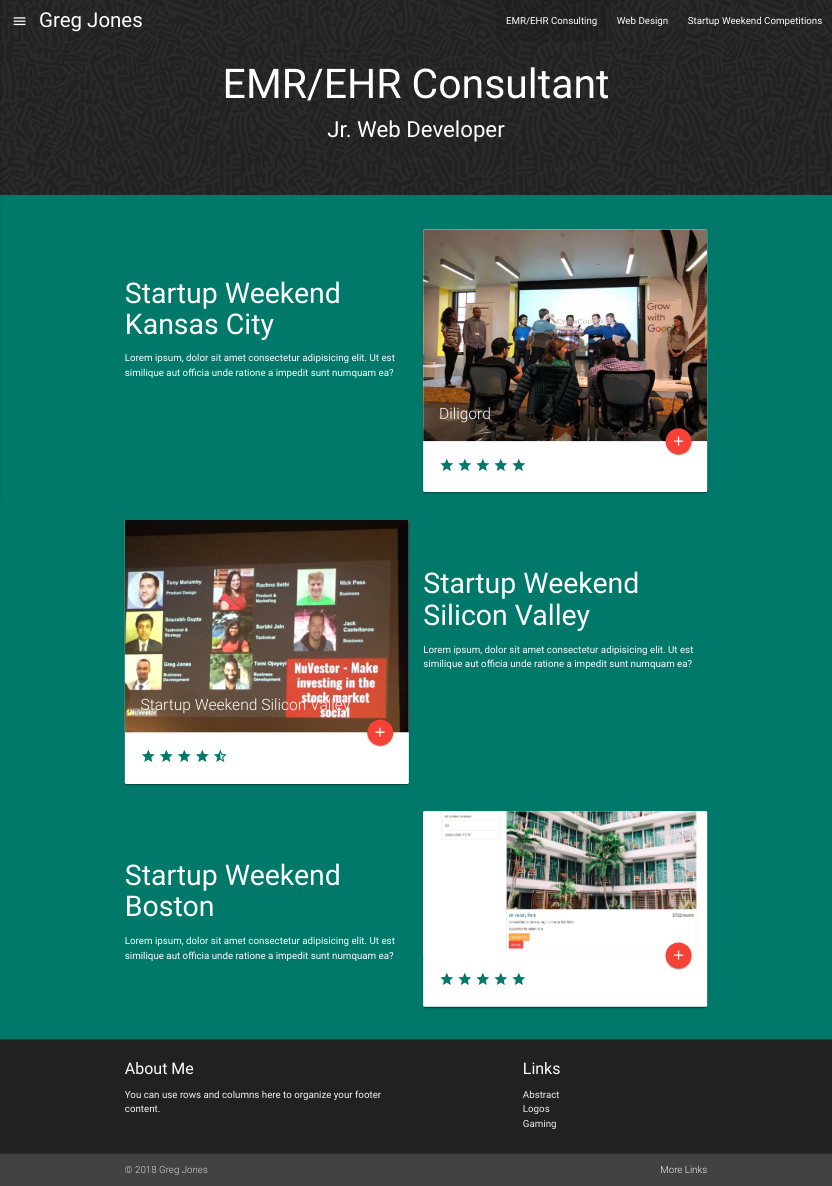
Repository: Greg919617/Existing-Portfolio
Page: sw.html
These files come from the project's save history. The page is drawn as it stood at one moment and after the next save; the edit follows.
The browser window is 1280 px wide. The pictures show the whole page, at 65% of full size.
Some web libraries are served in a nearby version.

Above is the page before, as saved 2018-06-26 17:45:48.

### sw.html
<!DOCTYPE html>
<html>

<head>
  <!--Import Google Icon Font-->
  <link href="https://fonts.googleapis.com/icon?family=Material+Icons" rel="stylesheet">
  <!--Import materialize.css-->
  <link type="text/css" rel="stylesheet" href="css/materialize.min.css" media="screen,projection" />
  <link type="text/css" rel="stylesheet" href="css/main.css" />

  <!--Let browser know website is optimized for mobile-->
  <meta name="viewport" content="width=device-width, initial-scale=1.0" />
  <title>Galappear</title>
</head>

<body>
  <!-- Header -->
  <header class="main-header">
    <nav class="transparent nav-wrapper z-depth-0">
      <div class="nav-wrapper">
        <a href="#" data-activates="mobile-nav" class="button-collapse show-on-large">
          <i class="material-icons">menu</i>
        </a>
        <a href="index.html" class="brand-logo">Greg Jones</a>
        <ul class="right hide-on-med-and-down">
          <li class="active">
            <a href="index.html">EMR/EHR Consulting</a>
          </li>
          <li>
            <a href="web-design.html">Web Design</a>
          </li>
          <li>
            <a href="sw.html">Startup Weekend Competitions</a>
          </li>
        </ul>
      </div>
      <ul class="side-nav" id="mobile-nav">
        <li>
          <a href="index.html">EMR/EHR Consulting</a>
        </li>
        <li>
          <a href="web-design.html">Web Design</a>
        </li>
        <li>
          <a href="sw.html">Startup Weekend Competitions</a>
        </li>
      </ul>
    </nav>
    <h1 class="center">EMR/EHR Consultant</h1>
    <h4 class="center">Jr. Web Developer</h4>
  </header>

  <!-- Section: Main -->
  <section class="section section-main">
    <div class="container">
      <!-- Row 1 -->
      <div class="row row-1">
        <div class="col m6 hide-on-small-only">
          <div class="img-content">
            <h3>Startup Weekend Kansas City</h3>
            Lorem ipsum, dolor sit amet consectetur adipisicing elit. Ut est similique aut officia unde ratione a impedit sunt numquam
            ea?
          </div>
        </div>
        <div class="col m6">
          <div class="card">
            <div class="card-image">
              <img src="img/gallery/pozitiv.jpg" alt="">
              <span class="card-title">Diligord</span>
              <a href="#abstract1" class="btn-floating halfway-fab waves-effect waves-light red modal-trigger">
                <i class="material-icons">add</i>
              </a>
            </div>
            <div class="card-content">
              <p>
                <i class="material-icons">star</i>
                <i class="material-icons">star</i>
                <i class="material-icons">star</i>
                <i class="material-icons">star</i>
                <i class="material-icons">star</i>
              </p>
            </div>
          </div>
        </div>
      </div>

      <!-- Row 2 -->
      <div class="row row-2">
        <div class="col m6">
          <div class="card">
            <div class="card-image">
              <img src="img/gallery/nuvestor.jpg" alt="">
              <span class="card-title">Startup Weekend Silicon Valley</span>
              <a href="#abstract2" class="btn-floating halfway-fab waves-effect waves-light red modal-trigger">
                <i class="material-icons">add</i>
              </a>
            </div>
            <div class="card-content">
              <p>
                <i class="material-icons">star</i>
                <i class="material-icons">star</i>
                <i class="material-icons">star</i>
                <i class="material-icons">star</i>
                <i class="material-icons">star_half</i>
              </p>
            </div>
          </div>
        </div>
        <div class="col m6 hide-on-small-only">
          <div class="img-content">
            <h3>Startup Weekend Silicon Valley</h3>
            Lorem ipsum, dolor sit amet consectetur adipisicing elit. Ut est similique aut officia unde ratione a impedit sunt numquam
            ea?
          </div>
        </div>
      </div>

      <!-- Row 3 -->
      <div class="row row-3">
        <div class="col m6 hide-on-small-only">
          <div class="img-content">
            <h3>Startup Weekend Boston</h3>
            Lorem ipsum, dolor sit amet consectetur adipisicing elit. Ut est similique aut officia unde ratione a impedit sunt numquam
            ea?
          </div>
        </div>
        <div class="col m6">
          <div class="card">
            <div class="card-image">
              <img src="img/gallery/apartment.jpg" alt="">
              <span class="card-title">Recogged</span>
              <a href="#abstract3" class="btn-floating halfway-fab waves-effect waves-light red modal-trigger">
                <i class="material-icons">add</i>
              </a>
            </div>
            <div class="card-content">
              <p>
                <i class="material-icons">star</i>
                <i class="material-icons">star</i>
                <i class="material-icons">star</i>
                <i class="material-icons">star</i>
                <i class="material-icons">star</i>
              </p>
            </div>
          </div>
        </div>
      </div>
    </div>
  </section>

  <!-- Footer -->
  <footer class="page-footer">
    <div class="container">
      <div class="row">
        <div class="col l6 s12">
          <h5 class="white-text">About Me</h5>
          <p class="grey-text text-lighten-4">You can use rows and columns here to organize your footer content.</p>
        </div>
        <div class="col l4 offset-l2 s12">
          <h5 class="white-text">Links</h5>
          <ul>
            <li>
              <a class="grey-text text-lighten-3" href="index.html">Abstract</a>
            </li>
            <li>
              <a class="grey-text text-lighten-3" href="logos.html">Logos</a>
            </li>
            <li>
              <a class="grey-text text-lighten-3" href="gaming.html">Gaming</a>
            </li>

          </ul>
        </div>
      </div>
    </div>
    <div class="footer-copyright">
      <div class="container">
        © 2018 Greg Jones
        <a class="grey-text text-lighten-4 right" href="#!">More Links</a>
      </div>
    </div>
  </footer>

  <!-- Modal 1 -->
  <div id="gaming1" class="modal">
    <div class="modal-content">
      <h4>Clossyo</h4>
      <img src="img/gallery/gaming1.jpg" alt="" class="responsive-img"> Lorem ipsum dolor sit amet consectetur adipisicing elit. Ipsum deleniti animi laboriosam, quisquam minus recusandae
      saepe delectus maxime a reiciendis!
    </div>
    <div class="modal-footer">
      <p>
        <i class="material-icons">star</i>
        <i class="material-icons">star</i>
        <i class="material-icons">star</i>
        <i class="material-icons">star</i>
        <i class="material-icons">star_half</i>
      </p>
    </div>
  </div>

  <!-- Modal 2 -->
  <div id="gaming2" class="modal">
    <div class="modal-content">
      <h4>Voyflen</h4>
      <img src="img/gallery/gaming2.jpg" alt="" class="responsive-img"> Lorem ipsum dolor sit amet consectetur adipisicing elit. Ipsum deleniti animi laboriosam, quisquam minus recusandae
      saepe delectus maxime a reiciendis!
    </div>
    <div class="modal-footer">
      <p>
        <i class="material-icons">star</i>
        <i class="material-icons">star</i>
        <i class="material-icons">star</i>
        <i class="material-icons">star</i>
        <i class="material-icons">star</i>
      </p>
    </div>
  </div>

  <!-- Modal 3 -->
  <div id="gaming3" class="modal">
    <div class="modal-content">
      <h4>Rendann</h4>
      <img src="img/gallery/gaming3.jpg" alt="" class="responsive-img"> Lorem ipsum dolor sit amet consectetur adipisicing elit. Ipsum deleniti animi laboriosam, quisquam minus recusandae
      saepe delectus maxime a reiciendis!
    </div>
    <div class="modal-footer">
      <p>
        <i class="material-icons">star</i>
        <i class="material-icons">star</i>
        <i class="material-icons">star</i>
        <i class="material-icons">star</i>
        <i class="material-icons">star</i>
      </p>
    </div>
  </div>

  <!--Import jQuery before materialize.js-->
  <script type="text/javascript" src="https://code.jquery.com/jquery-3.2.1.min.js"></script>
  <script type="text/javascript" src="js/materialize.min.js"></script>
  <script>
    $(document).ready(function () {
      // Init Sidenav
      $('.button-collapse').sideNav();

      // Init Modal
      $('.modal').modal();

      // Scrollfire
      const options = [
        {
          selector: '.row-1', offset: 50, callback: function (el) {
            Materialize.fadeInImage($(el));
          }
        },
        {
          selector: '.row-2', offset: 300, callback: function (el) {
            Materialize.fadeInImage($(el));
          }
        },
        {
          selector: '.row-3', offset: 400, callback: function (el) {
            Materialize.fadeInImage($(el));
          }
        }
      ];

      Materialize.scrollFire(options);

    });
  </script>
</body>

</html>

Loaded but not shown: css/materialize.min.css (library); css/main.css (library); js/materialize.min.js (library)

After the next save:
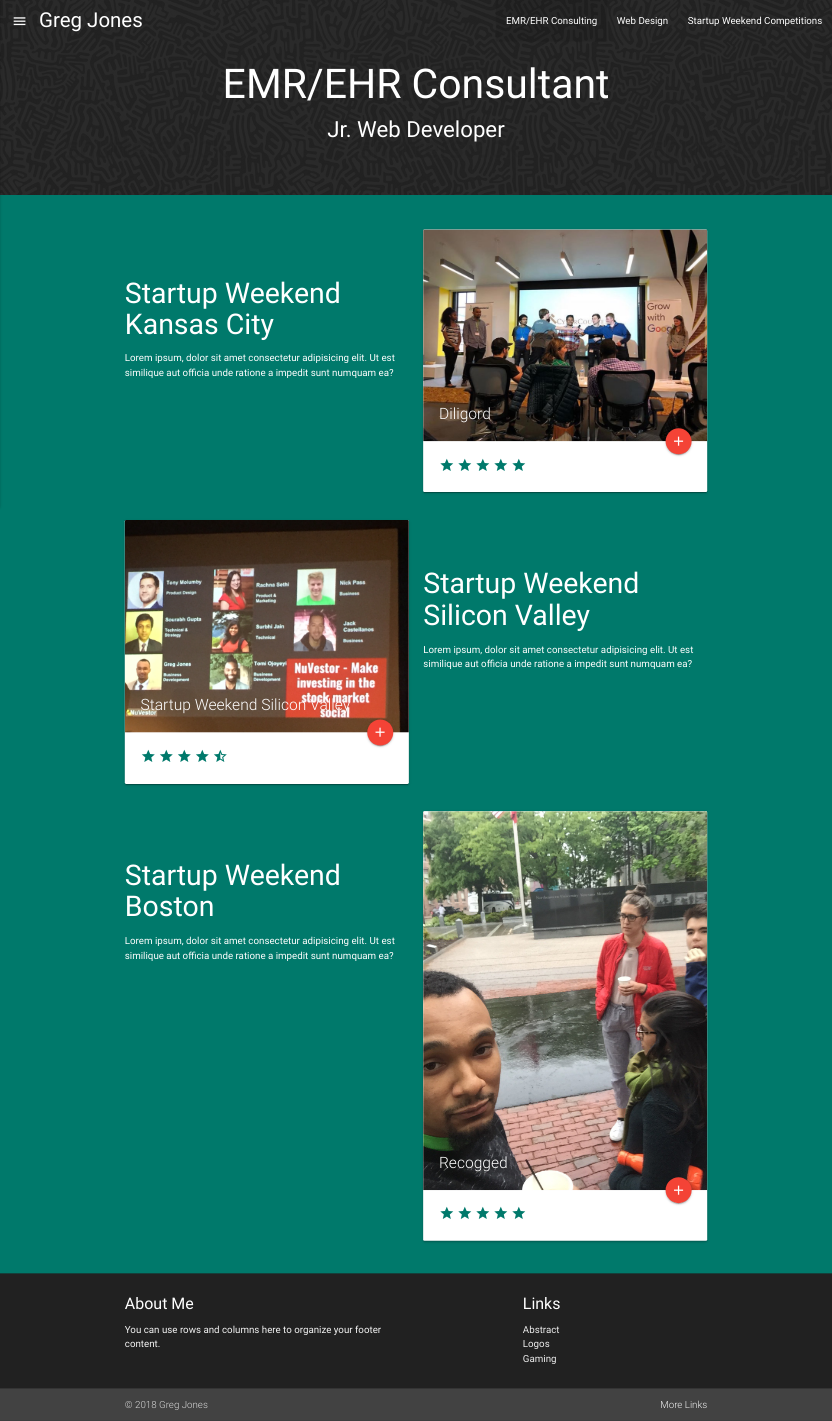
Saved 17 s later.
--- a/sw.html
+++ b/sw.html
@@ -127,7 +127,7 @@
         <div class="col m6">
           <div class="card">
             <div class="card-image">
-              <img src="img/gallery/apartment.jpg" alt="">
+              <img src="img/gallery/milestone-group.jpg" alt="">
               <span class="card-title">Recogged</span>
               <a href="#abstract3" class="btn-floating halfway-fab waves-effect waves-light red modal-trigger">
                 <i class="material-icons">add</i>
